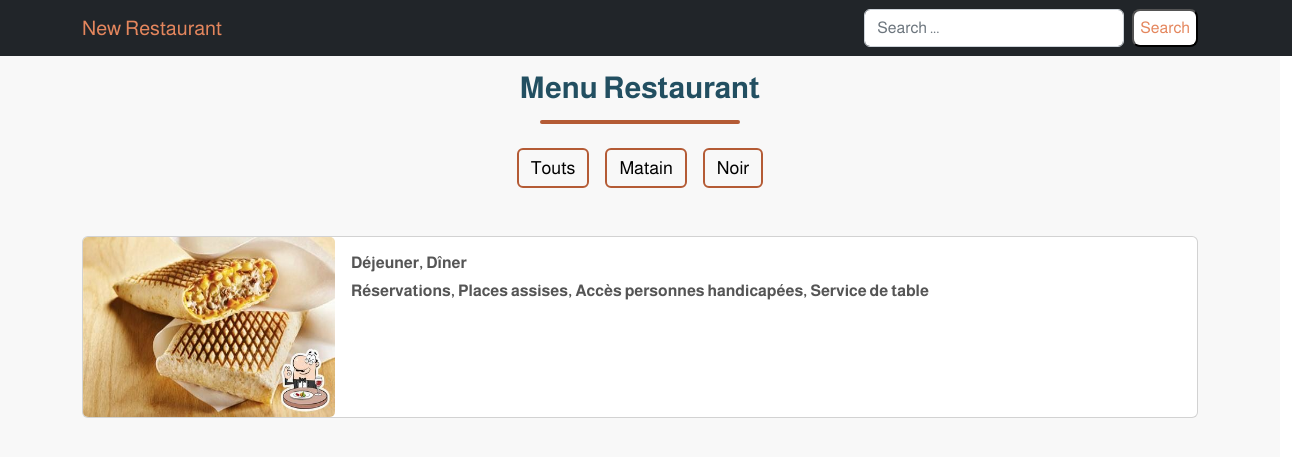
Repository: SD-Mdouka/react-table
Page: /
The author's editor kept a copy of each file at every save. The page is drawn from the files as they stood at one save, then again after the next save.
The browser window is 1280 px wide. The page is 1292 px wide, so the pictures cover 1292 px, including what lies to the right of the window. The pictures show the whole page.
The project was rebuilt for these pictures with package versions that can differ from the ones it lists, and the page was loaded fresh each time.

Above is the page before, as saved 2022-10-06 17:24:10.

### public/index.html
<!DOCTYPE html>
<html lang="en">

<head>
    <meta charset="utf-8" />
    <link rel="icon" href="%PUBLIC_URL%/favicon.ico" />
    <meta name="viewport" content="width=device-width, initial-scale=1" />
    <meta name="theme-color" content="#000000" />
    <meta name="description" content="Web site created using create-react-app" />
    <link rel="apple-touch-icon" href="%PUBLIC_URL%/logo192.png" />
    <!--
      manifest.json provides metadata used when your web app is installed on a
      user's mobile device or desktop. See https://developers.google.com/web/fundamentals/web-app-manifest/
    -->
    <link rel="manifest" href="%PUBLIC_URL%/manifest.json" />
    <link rel="preconnect" href="https://fonts.googleapis.com" />
    <link rel="preconnect" href="https://fonts.gstatic.com" crossorigin />
    <link href="https://fonts.googleapis.com/css2?family=Almarai:wght@300;400;700;800&family=Cairo:wght@300&display=swap" rel="stylesheet" />

    <link rel="stylesheet" href="https://cdn.jsdelivr.net/npm/bootstrap@5.2.0-beta1/dist/css/bootstrap.min.css" integrity="sha384-0evHe/X+R7YkIZDRvuzKMRqM+OrBnVFBL6DOitfPri4tjfHxaWutUpFmBp4vmVor" crossorigin="anonymous" />
    <title>React App</title>
</head>

<body>
    <noscript>You need to enable JavaScript to run this app.</noscript>
    <div id="root"></div>
    <!--
      This HTML file is a template.
      If you open it directly in the browser, you will see an empty page.

      You can add webfonts, meta tags, or analytics to this file.
      The build step will place the bundled scripts into the <body> tag.

      To begin the development, run `npm start` or `yarn start`.
      To create a production bundle, use `npm run build` or `yarn build`.
    -->
</body>

</html>

### src/App.tsx
import React from "react";
import { Container } from "react-bootstrap";
import "./App.css";
import NavBar from "./components/Navbar";
import Header from "./components/Header";
import Category from "./components/Category";
import ItemsList from "./components/ItemsList";

const App = () => {
  return (
    <div className="color-body font">
      <NavBar />
      <Container>
        <Header />
        <Category />
        <ItemsList />
      </Container>
    </div>
  );
};

export default App;

### src/App.css
.color-body {
    background-color: #f8f8f8;
    height: 100vh;
}

.font {
    font-family: "Almarai", sans-serif;
}

.title {
    color: #224f61;
    font-family: Almarai;
    font-size: 30px;
    font-weight: bold;
    letter-spacing: 0;
    line-height: 64px;
}

.underline {
    height: 1px;
    width: 200px;
    border-radius: 10px;
    border: 2px solid #b45b35;
    background-color: #e4865d;
}

.btn {
    color: black !important;
    font-family: Almarai !important;
    font-size: 18px !important;
    letter-spacing: 0 !important;
    line-height: 24px !important;
    border: 2px solid #b45b35 !important;
}

.btn:hover {
    color: #fff !important;
    font-family: Almarai !important;
    font-size: 18px !important;
    font-weight: bold !important;
    letter-spacing: 0 !important;
    line-height: 24px !important;
    border-radius: 11px !important;
    border: none !important;
    background: #e4865d !important;
    -webkit-border-radius: 11px !important;
    -moz-border-radius: 11px !important;
    -ms-border-radius: 11px !important;
    -o-border-radius: 11px !important;
    transition: all 1s;
    -webkit-transition: all 1s;
    -moz-transition: all 1s;
    -ms-transition: all 1s;
    -o-transition: all 1s;
}

.img-item {
    height: 180px;
    width: 252px;
    border-radius: 5px;
}

.item-description {
    color: #8c8c8c;
    font-family: Almarai;
    font-size: 16px;
    letter-spacing: 0;
    line-height: 20px;
}

.item-title {
    color: #555555;
    font-family: Almarai;
    font-size: 16px;
    font-weight: bold;
    letter-spacing: 0;
    line-height: 20px;
}

.card-color {
    background-color: #f8f8f8;
}

.item-price {
    color: #e4865d;
    font-family: Almarai;
    font-size: 16px;
    font-weight: bold;
    letter-spacing: 0;
    line-height: 20px;
}

.btn-search {
    color: #e4865d;
    border-radius: 3px solid #e4865d;
    border-radius: 8px;
    background-color: white;
    -webkit-border-radius: 3px solid #e4865d;
    -moz-border-radius: 3px solid #e4865d;
    -ms-border-radius: 3px solid #e4865d;
    -o-border-radius: 3px solid #e4865d;
}

.btn-search:hover {
    color: white;
    border-radius: 3px solid white;
    background-color: #e4865d;
    border-radius: 8px;
    -webkit-border-radius: 3px solid white;
    -moz-border-radius: 3px solid white;
    -ms-border-radius: 3px solid white;
    -o-border-radius: 3px solid white;
}

.brand-color {
    color: #e4865d;
}

### src/components/Navbar.tsx
import { Container, Navbar, Row, Nav, Form } from "react-bootstrap";

const NavBar = () => {
  return (
    <Row>
      <Navbar bg="dark" variant="dark">
        <Container>
          <Navbar.Brand href="#">
            <div className="brand-color">New Restaurant</div>
          </Navbar.Brand>
          <Navbar.Toggle aria-controls="navbarScroll" />
          <Navbar.Collapse id="navbarScroll">
            <Nav
              className="me-auto my-2 my-lg-0"
              style={{ maxHeight: "100px" }}
              navbarScroll
            ></Nav>
            <Form className="d-flex">
              <Form.Control
                type="text"
                placeholder="Search ..."
                className="mx-2"
              />
              <button className="btn-search">Search</button>
            </Form>
          </Navbar.Collapse>
        </Container>
      </Navbar>
    </Row>
  );
};

export default NavBar;

### src/components/Header.tsx
import { Row, Col } from "react-bootstrap";

const Header = () => {
  return (
    <Row>
      <Col sm="12" className="justify-content-center text-center">
        <div className="title">Menu Restaurant</div>
        <div className="justify-content-center d-flex">
          <p className="underline"></p>
        </div>
      </Col>
    </Row>
  );
};

export default Header;

### src/components/Category.tsx
import { Row, Col } from "react-bootstrap";

const Category = () => {
  return (
    <Row className="my-2 mb-5">
      <Col sm="12" className="d-flex justify-content-center">
        <div>
          <button className="btn mx-2">Touts</button>
          <button className="btn mx-2">Matain</button>
          <button className="btn mx-2">Noir</button>
        </div>
      </Col>
    </Row>
  );
};

export default Category;

### src/components/ItemsList.tsx
import { Row, Col, Card } from "react-bootstrap";

const ItemsList = () => {
  return (
    <Row className="">
      <Col sm="12" className="mb-3">
        <Card className="d-flex flex-row">
          <Card.Img
            className="img-item"
            variant="top"
            src="ra68-TACOS-DE-LILLE-food.jpg"
          />
          <Card.Body>
            <Card.Title>
              <div className="item-title">Déjeuner, Dîner</div>
            </Card.Title>
            <Card.Text className="">
              <div className="item-title">
                Réservations, Places assises, Accès personnes handicapées,
                Service de table
              </div>
            </Card.Text>
          </Card.Body>
        </Card>
      </Col>
    </Row>
  );
};

export default ItemsList;

Loaded but not shown: src/index.tsx (common file); src/index.css (common file); src/reportWebVitals.ts (common file)

After the next save:
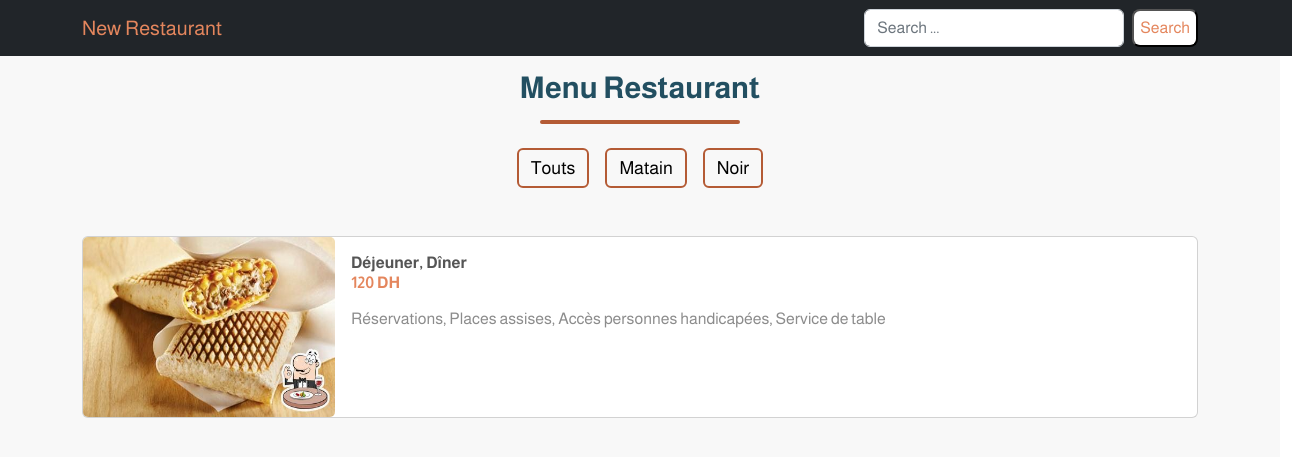
Saved 2 min 23 s later.
--- a/src/components/ItemsList.tsx
+++ b/src/components/ItemsList.tsx
@@ -13,9 +13,10 @@ const ItemsList = () => {
           <Card.Body>
             <Card.Title>
               <div className="item-title">Déjeuner, Dîner</div>
+              <div className="item-price">120 DH</div>
             </Card.Title>
-            <Card.Text className="">
-              <div className="item-title">
+            <Card.Text className="py-2">
+              <div className="item-description">
                 Réservations, Places assises, Accès personnes handicapées,
                 Service de table
               </div>
